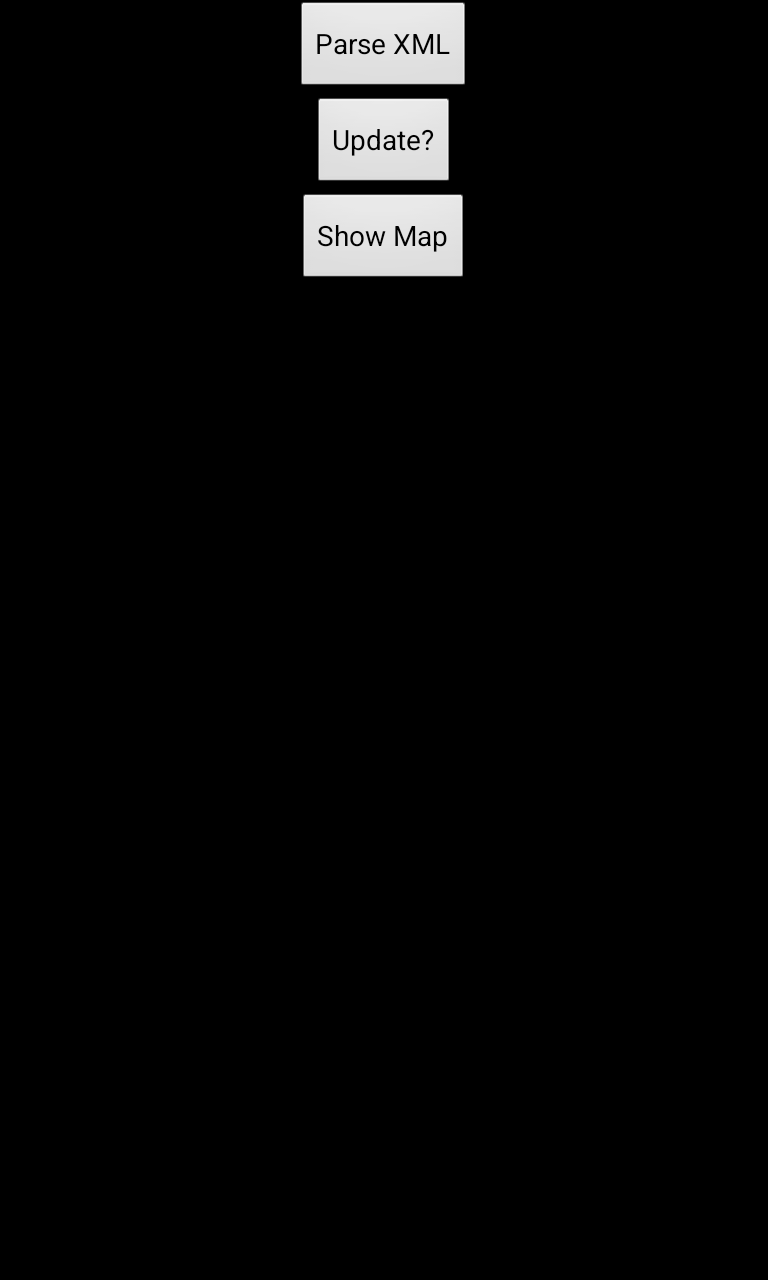
Repository: kolphi/Mapp
Layout: LinzGuide/res/layout/poi_cat.xml
An editor plug-in stored every save of this project. The layout is shown before and after the next save, followed by the edit.
It is drawn on a 768 x 1280 px phone screen (xhdpi) without system bars, with theme android:Theme; the app's code is not run. Lists and similar views that code fills are empty.

Above is the layout before, as saved 2012-03-04 21:33:51.

### LinzGuide/res/layout/poi_cat.xml
<?xml version="1.0" encoding="utf-8"?>
<LinearLayout xmlns:android="http://schemas.android.com/apk/res/android"
    android:layout_width="fill_parent"
    android:layout_height="fill_parent"
    android:orientation="vertical"
    android:gravity="center_horizontal">

    <Button
        android:id="@+id/btn_parse"
        android:layout_width="wrap_content"
        android:layout_height="wrap_content"
        android:text="Parse XML"
        android:onClick="parse" />
    <Button
        android:layout_width="wrap_content"
        android:layout_height="wrap_content"
        android:text="Update?"
        android:onClick="checkForUpdate" />
    <Button
        android:layout_width="wrap_content"
        android:layout_height="wrap_content"
        android:text="Show Map"
        android:onClick="showMap" />

    <ListView
		android:id="@android:id/list"
		android:layout_width="fill_parent"
	    android:layout_height="fill_parent"

	    />

</LinearLayout>

After the next save:
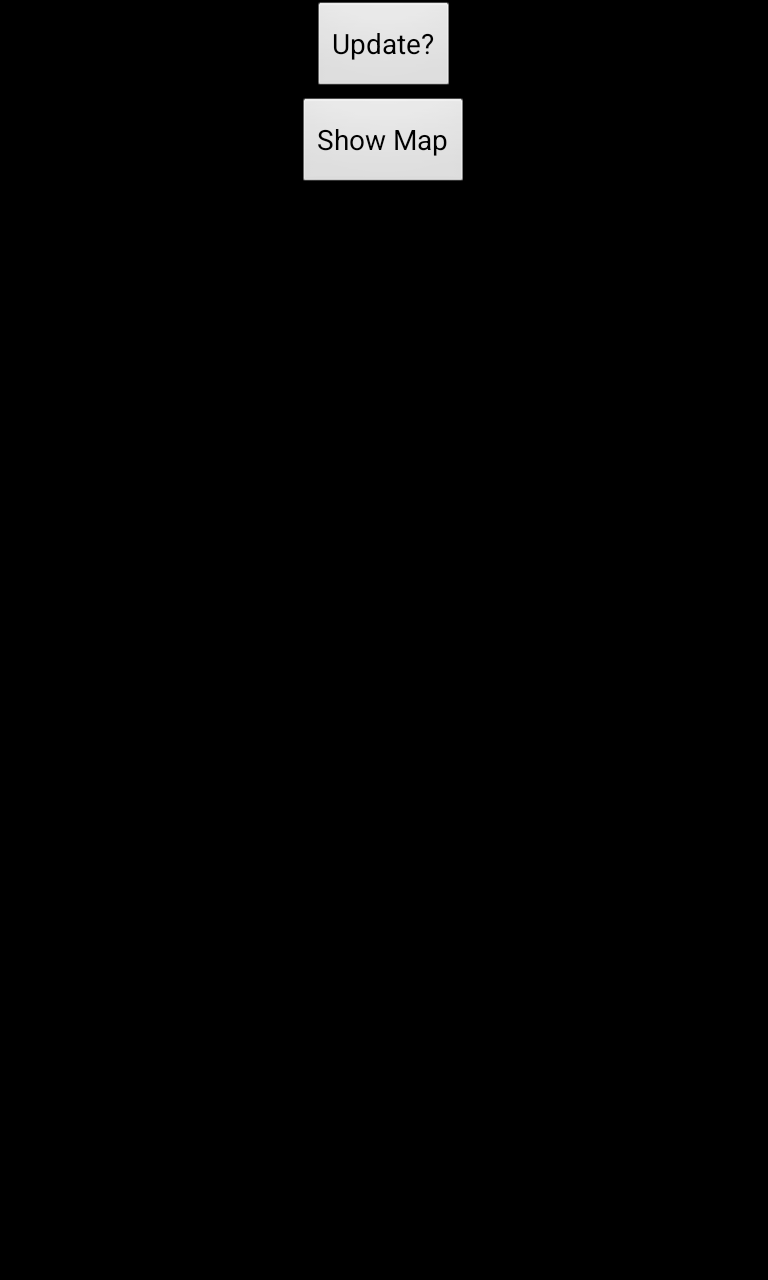
Saved 34 s later.
--- a/LinzGuide/res/layout/poi_cat.xml
+++ b/LinzGuide/res/layout/poi_cat.xml
@@ -5,12 +5,6 @@
     android:orientation="vertical"
     android:gravity="center_horizontal">
 
-    <Button
-        android:id="@+id/btn_parse"
-        android:layout_width="wrap_content"
-        android:layout_height="wrap_content"
-        android:text="Parse XML"
-        android:onClick="parse" />
     <Button
         android:layout_width="wrap_content"
         android:layout_height="wrap_content"
